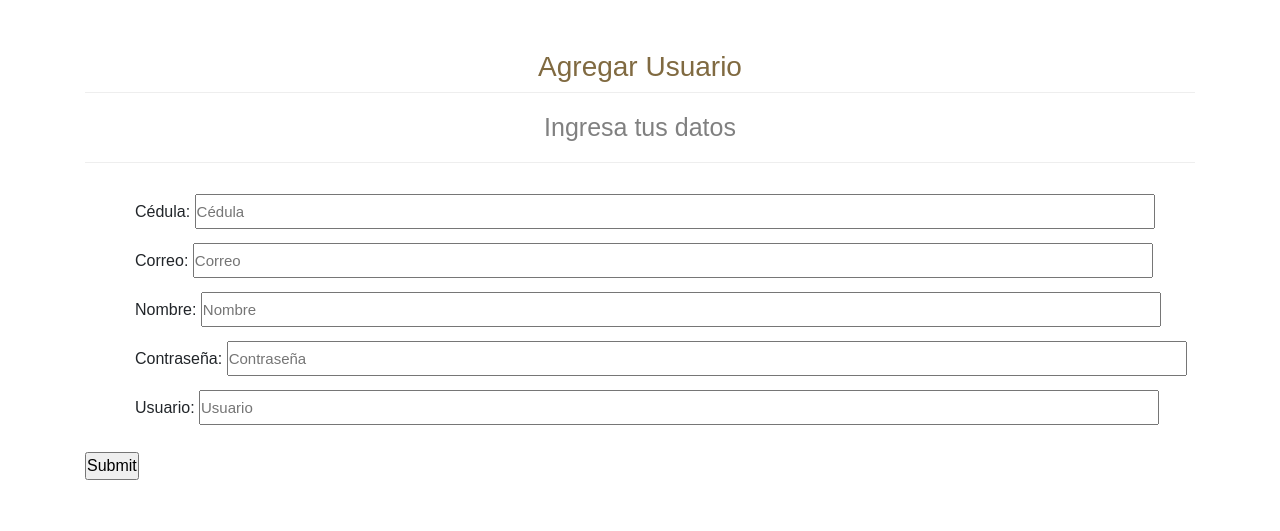
Repository: andresrojas686/tiendaGenericaMintic
Page: primerJSP/src/main/webapp/agregarUsuario.html
The author's editor kept a copy of each file at every save. The page is drawn from the files as they stood at one save, then again after the next save.
The browser window is 1280 px wide. The pictures show the whole page.

Above is the page before, as saved 2021-09-15 22:08:10.

### primerJSP/src/main/webapp/agregarUsuario.html
<!DOCTYPE html>
<html>
<head>
<meta charset="ISO-8859-1">
<link rel="stylesheet" href="style/styles.css">
<link rel="stylesheet" href="style/main.css">
<title>Agregar usuario</title>
</head>
<body>
	<h1 class="titulo-tienda">Agregar Usuario</h1>
	<section class="main">
		<div class="container">
			<section class="row">
				<div class="col">
					<div class="border-top border-bottom py-3">
						<p class="ingresa">Ingresa tus datos</p>
					</div>
					<br>
					<div>
						<form action="agregarUsuario.jsp" method = "post">
							<label for="cedula">
								<span>Cédula:</span>
								<input type = "text" name = "cedula" id="cedula" placeholder="Cédula">
							</label>
							<label for="correo">
								<span>Correo:</span>
								<input type = "text" name = "correo" id="correo" placeholder="Correo">
							</label>
							<label for="nombre">
								<span>Nombre:</span>
								<input type = "text" name = "nombre" id="nombre" placeholder="Nombre">
							</label>
							<label for="pass">
								<span>Contraseña:</span>
								<input type = "password" name = "pass" id="pass" placeholder="Contraseña">
							</label>
							<label for="usuario">
								<span>Usuario:</span>
								<input type = "text" name = "usuario" id="usuario" placeholder="Usuario">
							</label>
							<div class="contenedor-botones">
								<input type = "submit">
							</div>
						</form>
					</div>
				</div>
			</section>
		</div>
	</section>


</body>
</html>

### primerJSP/src/main/webapp/style/styles.css
@charset "ISO-8859-1";
*{
    margin: 0;
    padding: 0;
}
.titulo-tienda{
  text-align: center;
  margin-top: 50px;
  font-family:Arial, Helvetica, sans-serif;
  font-size: 28px;
  color: #806a41;
}
.ingresa{
  text-align: center;
  font-size: 25px;
  color: grey;
}
form label{
  margin-left: 50px;
  margin-top: 7px;
  margin-bottom: 7px;
}
.usuario{
  display: flex;
}
form label input{
  flex-wrap: wrap;
  width: 75vw;
  height: 35px;
  font-size: 15px;
  /* border-radius: 5px; */
}

.contenedor-botones{
  margin-top: 20px;
  display: flex;
  width: 100%;
}

.botones-usuario{
  margin: 0 auto;
  width: 150px;
  height: 40px;
  color: white;
  border: 2px solid #806a41;
  background-color: #806a41;
  border-radius: 10px;
  cursor: pointer;
}
.botones-usuario a{
  color: white;
}
.botones-usuario:hover{
  background-color: white;
  color: #806a41;
  box-shadow: 3px 3px 3px gray;
}
.enlace-usuario{
  text-align: center;
  padding-top: 5px;
  width: 150px;
  height: 40px;
  color: white;
  border: 2px solid #806a41;
  background-color: #806a41;
  border-radius: 10px;
}
.enlace-usuario:hover{
  text-align: center;
  padding-top: 5px;
  width: 150px;
  height: 40px;
  color: white;
  border: 2px solid #806a41;
  background-color: white;
  color: #806a41;
  border-radius: 10px;
}

.agregar-usuario{
  background-color: #806a41 !important;
  border: none !important;
  margin-top: 15px;
}
.agregar-usuario:hover{
  box-shadow: 3px 3px 3px gray;
}


.editar-usuario{
  background-color: #806a41 !important;
  border: none !important;
  margin: 5px;
}
.editar-usuario:hover{
  box-shadow: 3px 3px 3px gray;
}

.eliminar-usuario{
  background-color: #806a41 !important;
  border: none !important;
  margin: 5px;
}
.eliminar-usuario:hover{
  box-shadow: 3px 3px 3px gray;
}


.titulo-tabla{
  color: #806a41;
}
.titulo-tabla-centrada{
  color: #806a41;
  text-align: center;
}

Loaded but not shown: primerJSP/src/main/webapp/style/main.css (library)

After the next save:
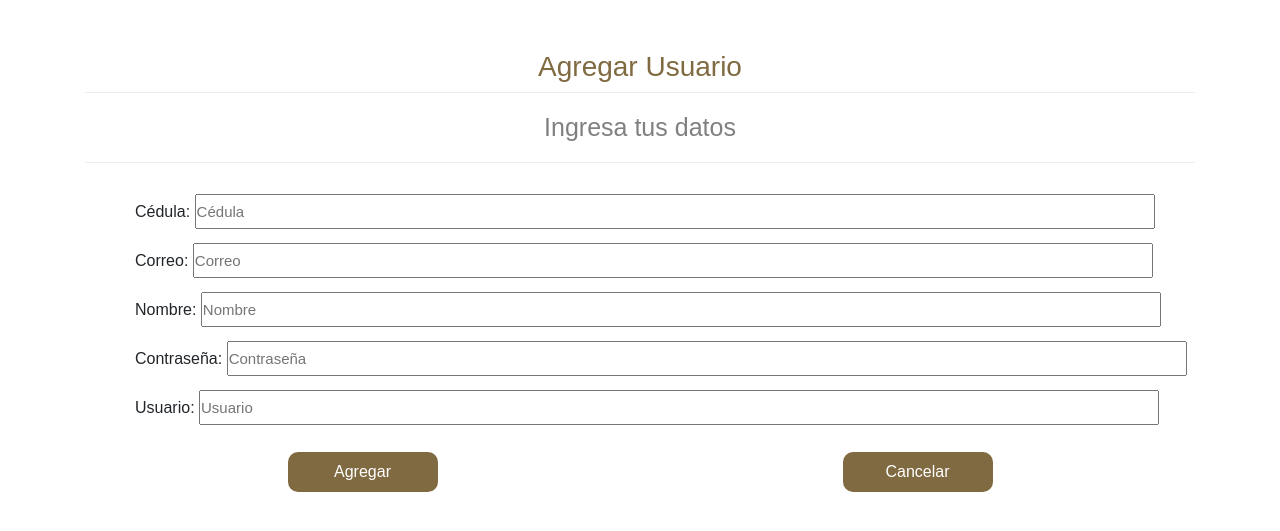
Saved 35 s later.
--- a/primerJSP/src/main/webapp/agregarUsuario.html
+++ b/primerJSP/src/main/webapp/agregarUsuario.html
@@ -39,7 +39,8 @@
 								<input type = "text" name = "usuario" id="usuario" placeholder="Usuario">
 							</label>
 							<div class="contenedor-botones">
-								<input type = "submit">
+								<input type="submit" value="Agregar" class="botones-usuario">
+								<input type="reset" value="Cancelar" class="botones-usuario">
 							</div>
 						</form>
 					</div>
